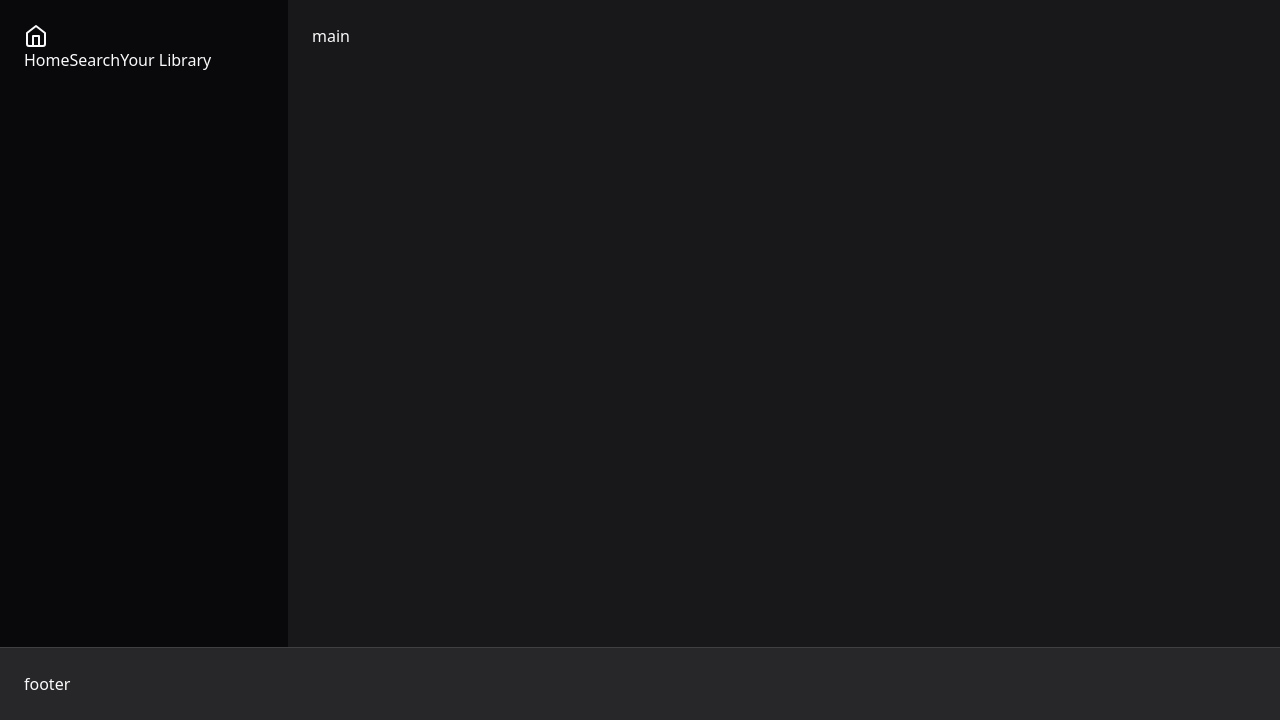
Repository: guilhermecardoso93/tailwind-spotify
Page: /
These files come from the project's save history. The page is drawn as it stood at one moment and after the next save; the edit follows.
The browser window is 1280 px wide. The pictures show the whole page.
The project was rebuilt for these pictures with package versions that can differ from the ones it lists, and the page was loaded fresh each time. The framework's server and built-in components were replaced by stand-ins that run in the browser. Also part of the build but not shown: next.config.js.

Above is the page before, as saved 2023-04-15 19:49:19.

### src/app/layout.tsx
import './globals.css'

export const metadata = {
  title: 'Spotify',
  description: 'Music!',
}

export default function RootLayout({
  children,
}: {
  children: React.ReactNode
}) {
  return (
    <html lang="en">
      <body className="bg-zinc-900 text-zinc-50">{children}</body>
    </html>
  )
}

### src/app/page.tsx
import { Home as HomeIcon, Search, Library } from 'lucide-react'
export default function Home() {
  return (
    <div className="h-screen flex flex-col">
      <div className="flex flex-1">
        <aside className="w-72 bg-zinc-950 p-6">
          <nav>
            <a href=""><HomeIcon /> Home</a>
            <a href="">Search</a>
            <a href="">Your Library</a>
          </nav>
        </aside>
        <main className="flex-1 p-6">main</main>
      </div>
      <footer
        className="bg-zinc-800 border-t border-zinc-700 p-6"
      >
        footer
      </footer>
    </div>
  );
}

Loaded but not shown: src/app/globals.css (common file); tailwind.config.js (common file)

After the next save:
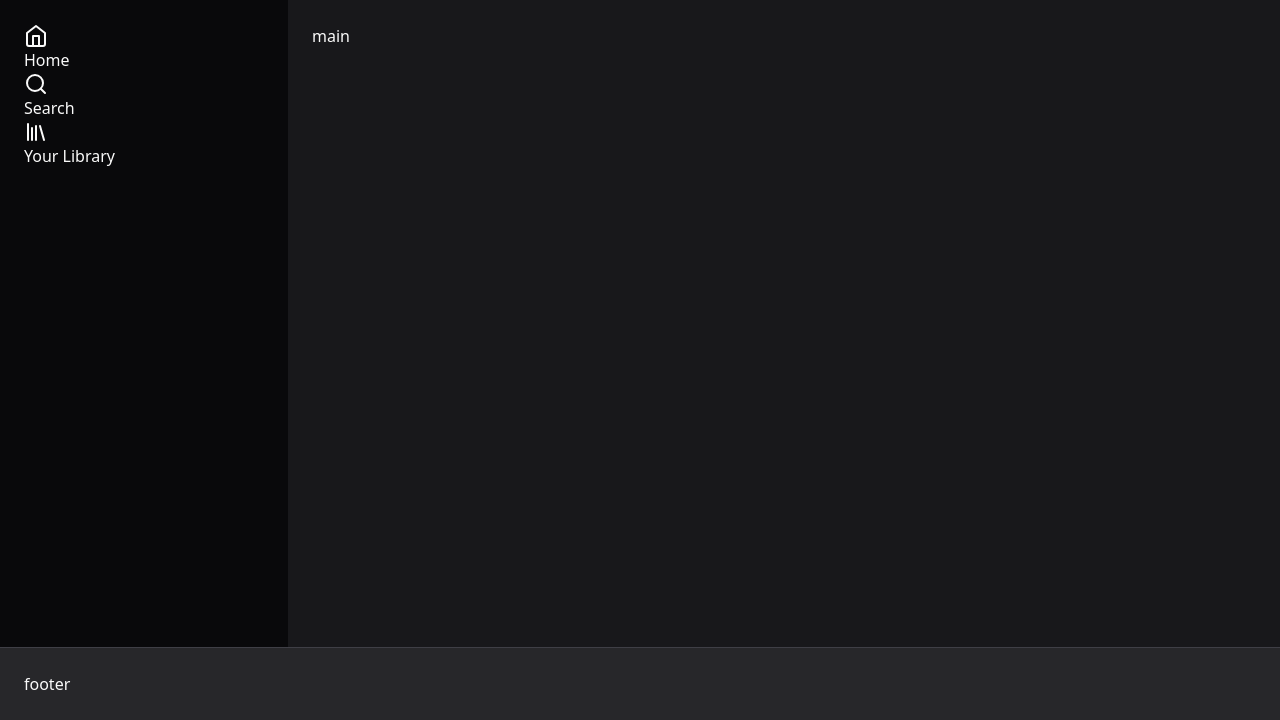
Saved 21 s later.
--- a/src/app/page.tsx
+++ b/src/app/page.tsx
@@ -1,20 +1,20 @@
-import { Home as HomeIcon, Search, Library } from 'lucide-react'
+import { Home as HomeIcon, Search, Library } from "lucide-react";
 export default function Home() {
   return (
     <div className="h-screen flex flex-col">
       <div className="flex flex-1">
         <aside className="w-72 bg-zinc-950 p-6">
           <nav>
-            <a href=""><HomeIcon /> Home</a>
-            <a href="">Search</a>
-            <a href="">Your Library</a>
+            <a href="">
+              <HomeIcon /> Home
+            </a>
+            <a href=""> <Search /> Search</a>
+            <a href=""> <Library /> Your Library</a>
           </nav>
         </aside>
         <main className="flex-1 p-6">main</main>
       </div>
-      <footer
-        className="bg-zinc-800 border-t border-zinc-700 p-6"
-      >
+      <footer className="bg-zinc-800 border-t border-zinc-700 p-6">
         footer
       </footer>
     </div>
